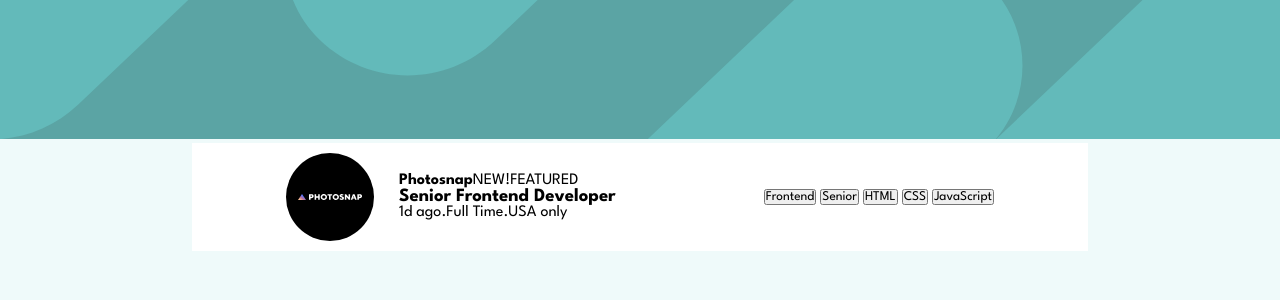
Repository: Eldream12/JobListing
Page: index.html
These files come from the project's save history. The page is drawn as it stood at one moment and after the next save; the edit follows.
The browser window is 1280 px wide. The pictures show the whole page.

Above is the page before, as saved 2025-03-31 11:17:14.

### index.html
<!DOCTYPE html>
<html lang="en">
	<head>
		<meta charset="UTF-8" />
		<meta name="viewport" content="width=device-width, initial-scale=1.0" />
		<title>Job Listing</title>
		<link rel="stylesheet" href="style/style.css" />
	</head>

	<body>
		<header>
			<div>
				<img src="Images/bg-header-desktop.svg" alt="NavHeader" />
			</div>
		</header>

		<main>
			<div class="content-carrier">
				<div class="content">
					<div class="ctn">
						<img src="Images/photosnap.svg" alt="photosnap" />
						<div class="content-text">
							<div class="txt-1">
								<h4>Photosnap</h4>
								<p>NEW!</p>
								<p>FEATURED</p>
							</div>
							<div class="txt-2">
								<h3>Senior Frontend Developer</h3>
							</div>
							<div class="txt-3">
								<p>1d ago</p>
								<p>.</p>
								<p>Full Time</p>
								<p>.</p>
								<p>USA only</p>
							</div>
						</div>
					</div>

					<div class="btn">
						<button>Frontend</button>
						<button>Senior</button>
						<button>HTML</button>
						<button>CSS</button>
						<button>JavaScript</button>
					</div>
				</div>
			</div>
		</main>
		<footer></footer>
	</body>
</html>

### style/style.css
@import url("https://fonts.googleapis.com/css2?family=League+Spartan:wght@100..900&display=swap");

* {
	font-family: League Spartan;
	margin: 0;
	padding: 0;
	box-sizing: border-box;
}

html body {
	background-color: hsl(180, 52%, 96%);
}

header img {
	width: 100%;
	background-color: hsl(180, 29%, 50%);
}

.content-carrier .content {
	display: flex;
	background-color: #ffffff;
	align-items: center;
	justify-content: space-around;
	max-width: 70%;
	margin: auto;
  padding: 10px 20px 10px 20px;
}

.content-carrier .content .txt-1 {
	display: flex;
}

.content-carrier .content .txt-3 {
	display: flex;
}

.content-carrier .content .ctn {
	display: flex;
	align-items: center;
}

.content .ctn img {
  margin-right: 25px;
}

After the next save:
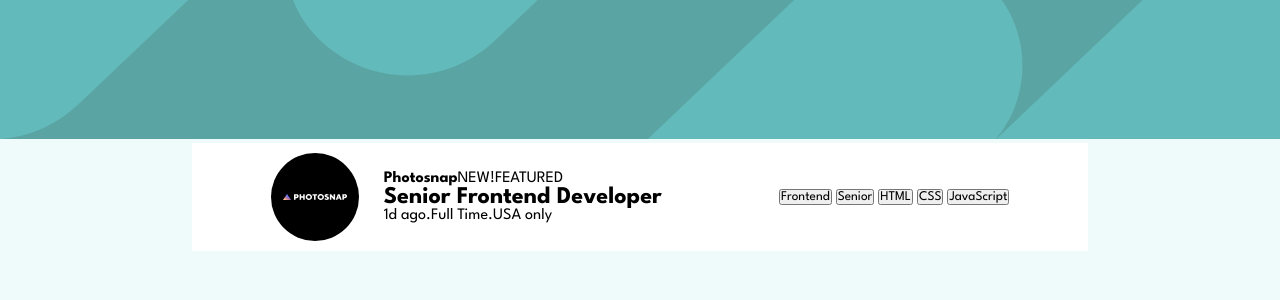
Saved 15 s later.
--- a/index.html
+++ b/index.html
@@ -26,7 +26,7 @@
 								<p>FEATURED</p>
 							</div>
 							<div class="txt-2">
-								<h3>Senior Frontend Developer</h3>
+								<h2>Senior Frontend Developer</h3>
 							</div>
 							<div class="txt-3">
 								<p>1d ago</p>
